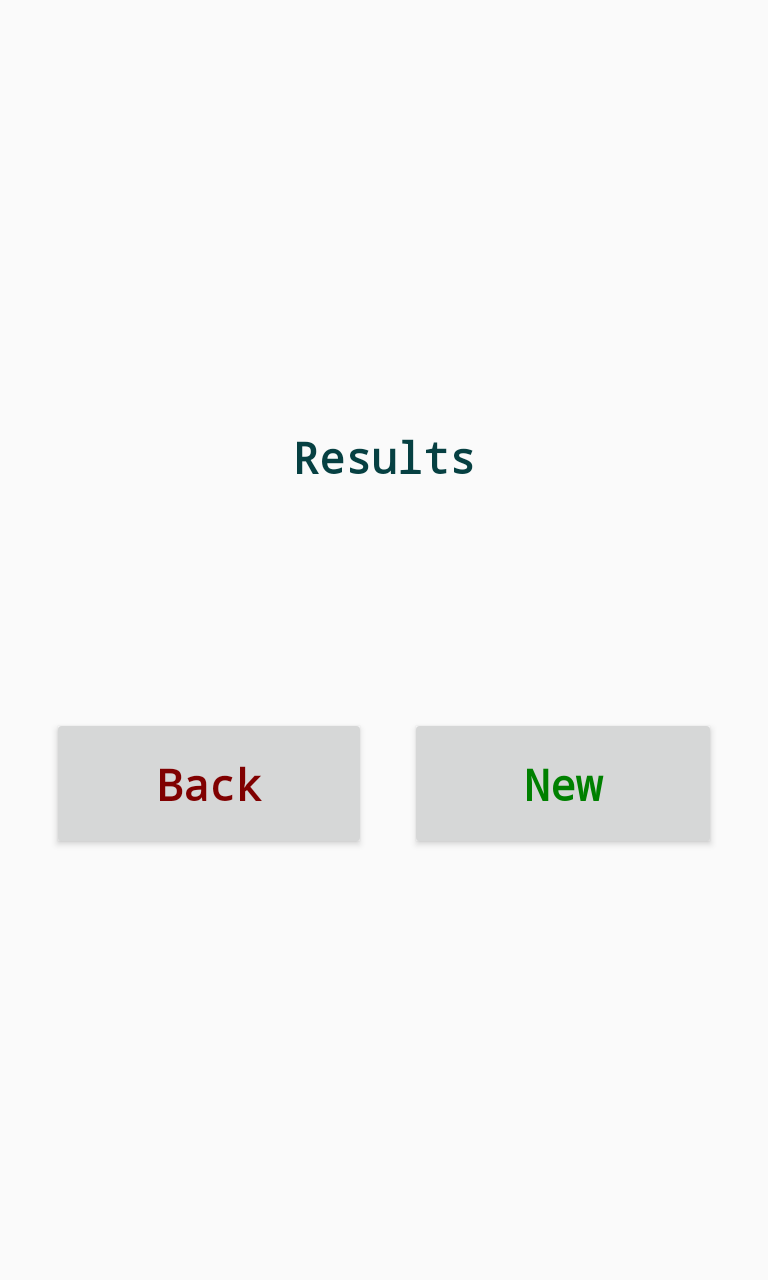
Repository: rontejada1991/Combinations-and-Permutations-Android-App
Layout: combinations/res/layout/activity_result.xml
These files come from the project's save history. The layout is drawn as it stood at one moment and after the next save; the edit follows.
It is drawn on a 768 x 1280 px phone screen (xhdpi) without system bars, with theme AppTheme; the app's code is not run.

Above is the layout before, as saved 2014-11-07 22:00:48.

After the next save:
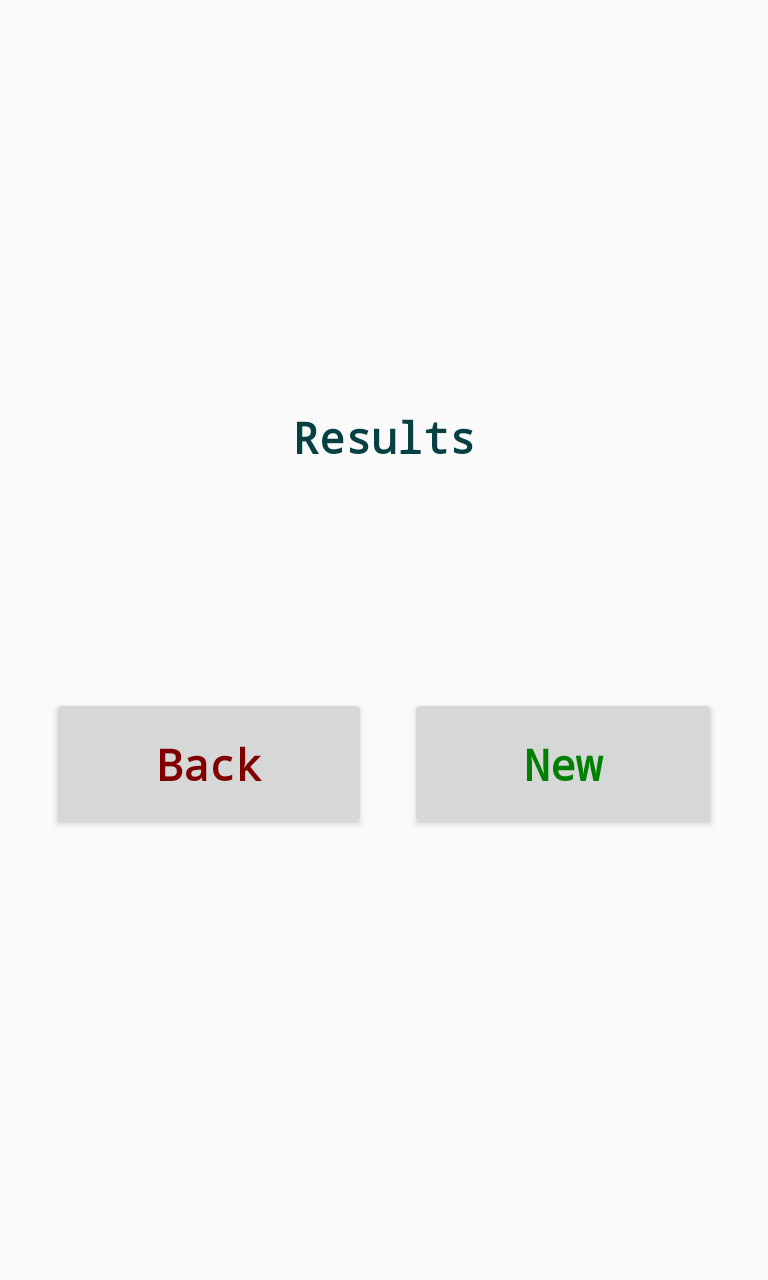
Saved 19 s later.
--- a/combinations/res/layout/activity_result.xml
+++ b/combinations/res/layout/activity_result.xml
@@ -37,7 +37,8 @@
 	    android:layout_height="wrap_content"
 	    android:orientation="horizontal"
 	    android:gravity="center"
-	    android:weightSum="2">
+	    android:weightSum="2"
+	    android:layout_marginBottom="20dp" >
 
     <Button
         android:id="@+id/b_back"
